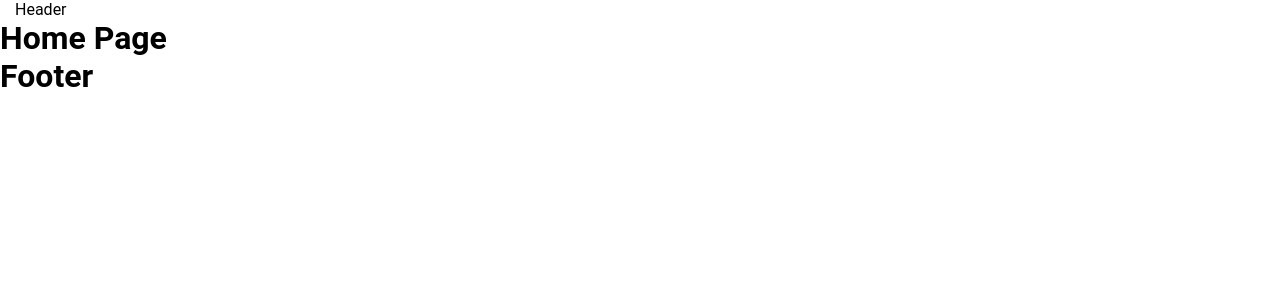
Repository: anhcanh1007/show_product
Page: /
The author's editor kept a copy of each file at every save. The page is drawn from the files as they stood at one save, then again after the next save.
The browser window is 1280 px wide. The pictures show the whole page.
The project was rebuilt for these pictures with package versions that can differ from the ones it lists, and the page was loaded fresh each time. Imported but missing from the stored project, and not drawn on this page: src/pages/user/profilePage.

Above is the page before, as saved 2024-01-25 13:24:45.

After the next save:
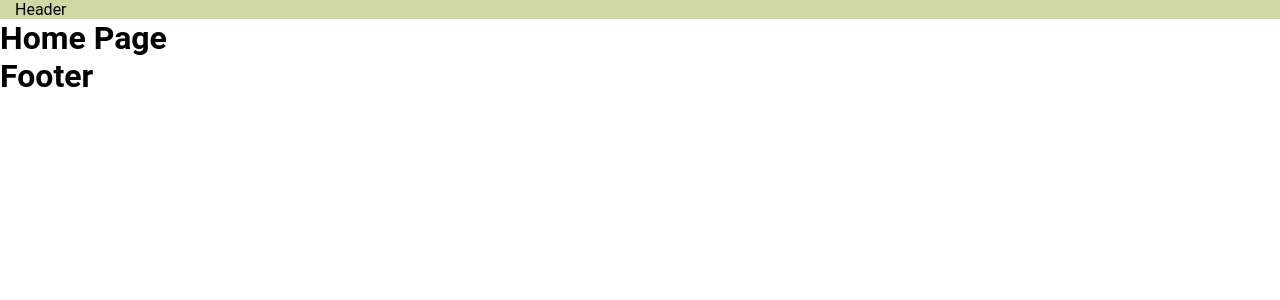
Saved 4 s later.
--- a/src/pages/user/theme/header/style.scss
+++ b/src/pages/user/theme/header/style.scss
@@ -1,3 +1,3 @@
 .header__top{
-    background-color: CFD7A4;
+    background-color: #CFD7A4;
 }
